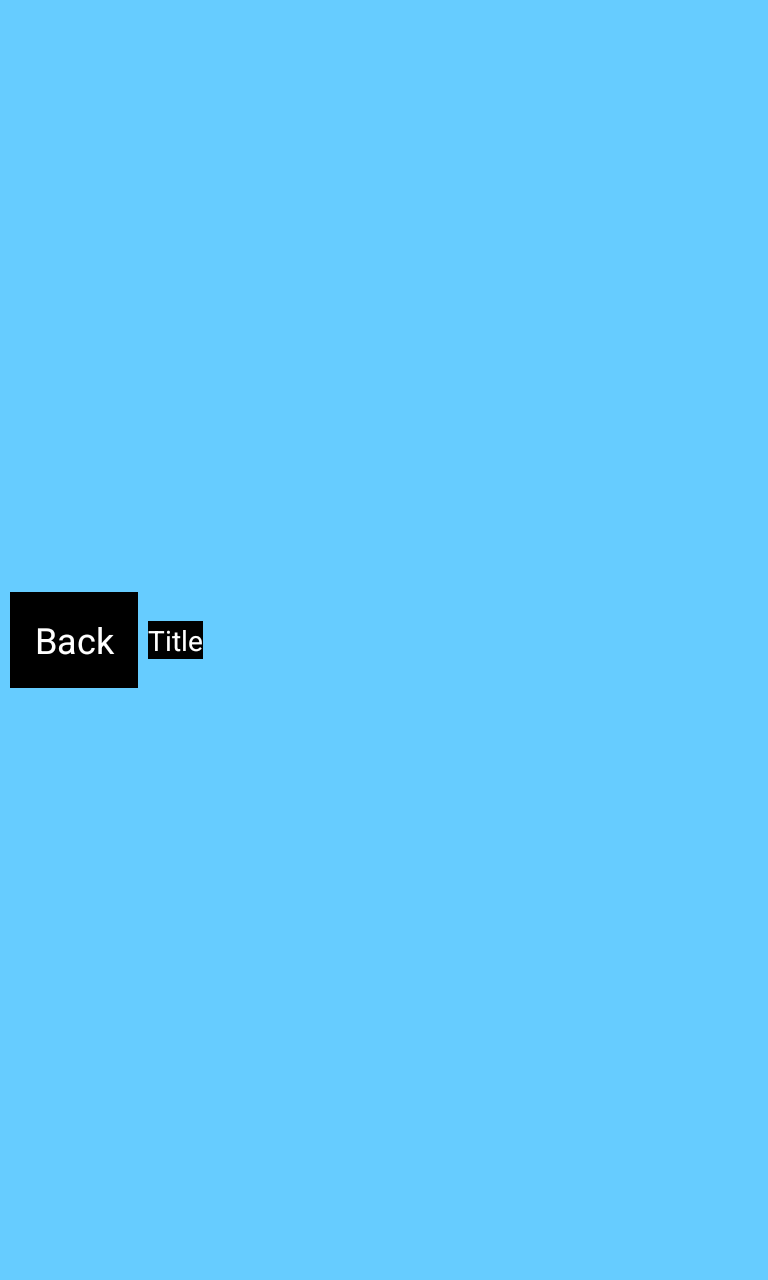
Repository: Ollyder/eclipse_work
Layout: TableLayout/res/layout/title.xml
The author's editor kept a copy of each file at every save. The layout is drawn from the files as they stood at one save, then again after the next save.
It is drawn on a 768 x 1280 px phone screen (xhdpi) without system bars, with theme AppTheme; the app's code is not run.

Above is the layout before, as saved 2017-05-28 05:23:38.

### TableLayout/res/layout/title.xml
<?xml version="1.0" encoding="utf-8"?>
<LinearLayout xmlns:android="http://schemas.android.com/apk/res/android"
    android:layout_width="match_parent"
    android:layout_height="wrap_content"
    android:background="#66ccff"

     >

     <Button
        android:id="@+id/title_button1"
        android:layout_width="wrap_content"
        android:layout_height="wrap_content"
        android:layout_gravity="center"
        android:layout_margin="5dip"
        android:background="#000000"
        android:textColor="#ffffff"
        android:text="Back" />

    <TextView
        android:id="@+id/title_text_view1"
        android:layout_width="wrap_content"
        android:layout_height="wrap_content"

        android:layout_gravity="center"
        android:background="#000000"
        android:textColor="#ffffff"
        android:text="Title" />

    <!--  <Button
        android:id="@+id/title_button2"
        android:layout_width="wrap_content"
        android:layout_height="wrap_content"
        android:layout_margin="5dip"
        android:background="#000000"
        android:text="Edit"
        android:layout_gravity="bottom"
        android:textColor="#ffffff" />-->

</LinearLayout>

Loaded but not shown: TableLayout/res/values/styles.xml (common file); TableLayout/res/values-v11/styles.xml (common file); TableLayout/res/values-v14/styles.xml (common file)

After the next save:
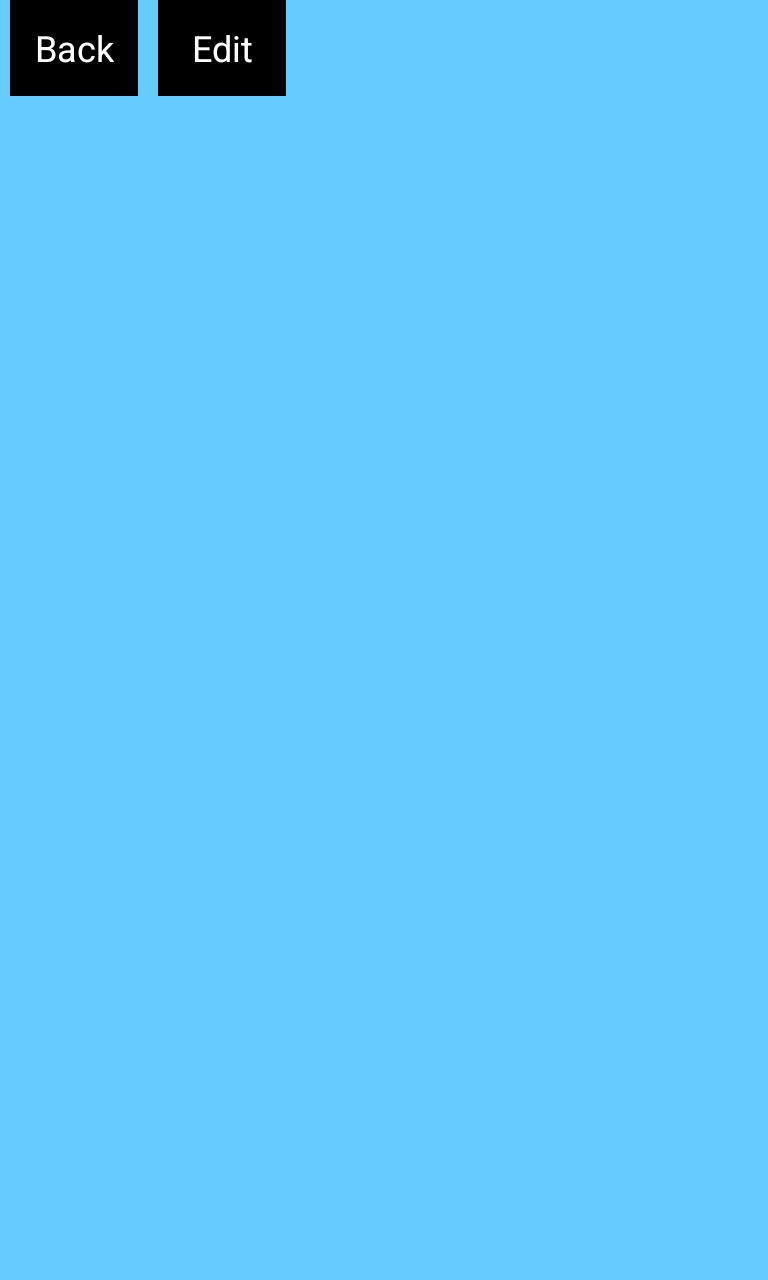
Saved 2 min 24 s later.
--- a/TableLayout/res/layout/title.xml
+++ b/TableLayout/res/layout/title.xml
@@ -3,20 +3,20 @@
     android:layout_width="match_parent"
     android:layout_height="wrap_content"
     android:background="#66ccff"
-
+    android:orientation="horizontal"
      >
 
      <Button
         android:id="@+id/title_button1"
         android:layout_width="wrap_content"
         android:layout_height="wrap_content"
-        android:layout_gravity="center"
+        android:layout_gravity="left"
         android:layout_margin="5dip"
         android:background="#000000"
         android:textColor="#ffffff"
         android:text="Back" />
 
-    <TextView
+    <!-- <TextView
         android:id="@+id/title_text_view1"
         android:layout_width="wrap_content"
         android:layout_height="wrap_content"
@@ -24,16 +24,16 @@
         android:layout_gravity="center"
         android:background="#000000"
         android:textColor="#ffffff"
-        android:text="Title" />
+        android:text="Title" /> -->
 
-    <!--  <Button
+     <Button
         android:id="@+id/title_button2"
         android:layout_width="wrap_content"
         android:layout_height="wrap_content"
         android:layout_margin="5dip"
         android:background="#000000"
         android:text="Edit"
-        android:layout_gravity="bottom"
-        android:textColor="#ffffff" />-->
+        android:layout_gravity="right"
+        android:textColor="#ffffff" />
 
 </LinearLayout>
